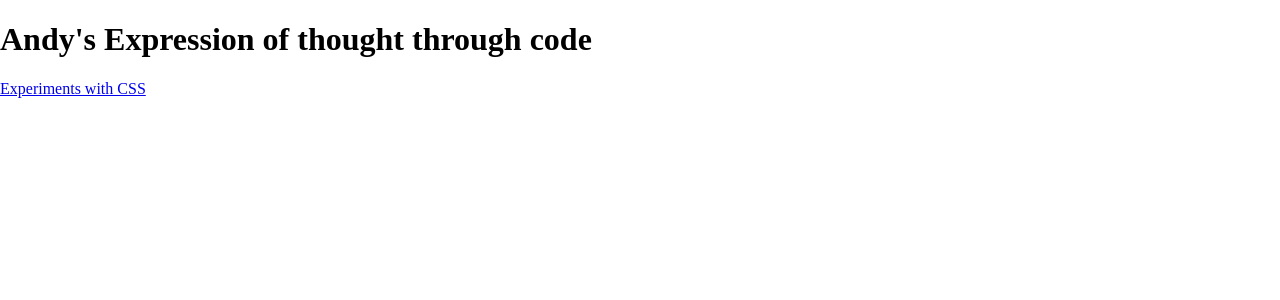
Repository: jasonagus/jasonagus.github.io
Page: index.html
The author's editor kept a record of every edit. The page is drawn from the files as they stood at one moment, then again after the next edit.
The browser window is 1280 px wide. The pictures show the whole page.

Above is the page before.

After the next edit:
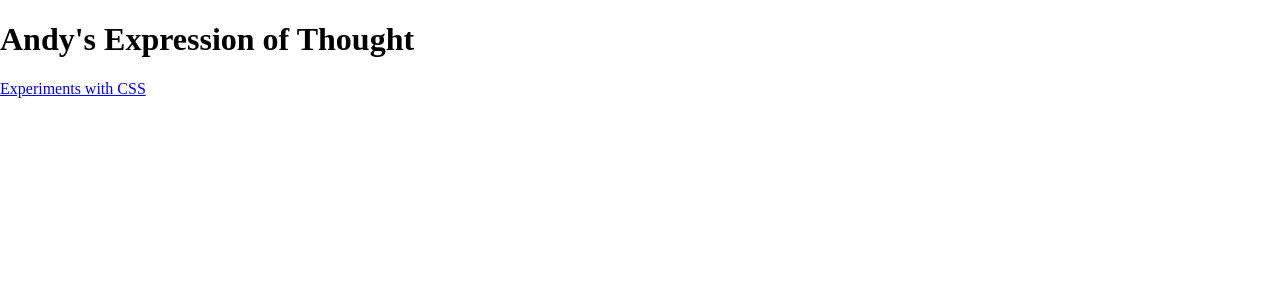
The edit:
--- a/index.html
+++ b/index.html
@@ -7,8 +7,8 @@
 
 <body>
 
-<h1>Andy's Expression of thought through code</h1>
-<a href = "cssexperiments/composition1">Experiments with CSS</a>
+<h1>Andy's Expression of Thought</h1>
+<a href ="cssexperiments/composition1">Experiments with CSS</a>
 
 </body>
 
